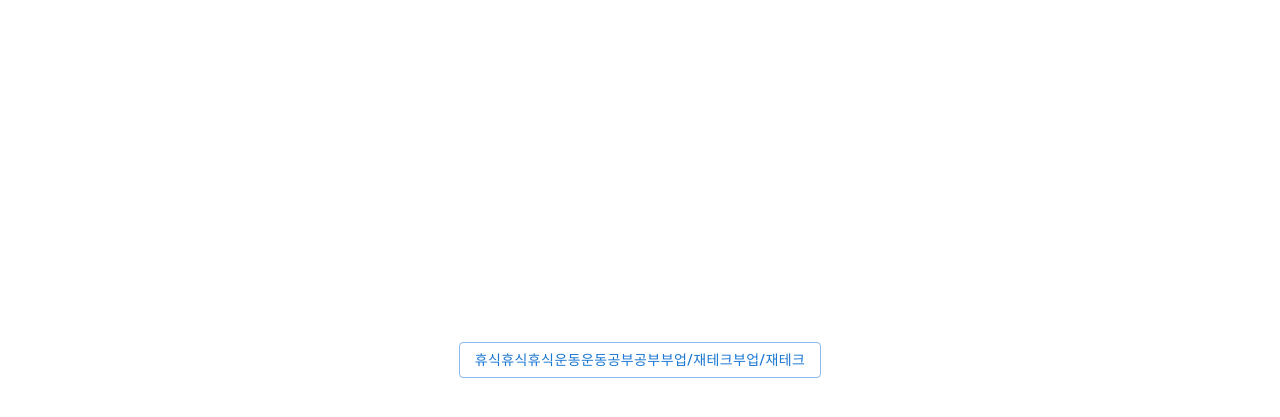
Repository: Tickley-Team/Tickley
Page: /todos/find
The author's editor kept a copy of each file at every save. The page is drawn from the files as they stood at one save, then again after the next save.
The browser window is 1280 px wide. The pictures show the whole page.
The project was rebuilt for these pictures with package versions that can differ from the ones it lists, and the page was loaded fresh each time. Also part of the build but not shown: vite.config.ts, src/pages/Home.tsx, src/pages/stores/spareTimeStore.ts, src/pages/SurveySpareTime/index.tsx, src/pages/Todos.tsx. Imported but missing from the stored project, and not drawn on this page: src/pages/OnBoarding.

Above is the page before, as saved 2024-12-08 00:20:01.

After the next save:
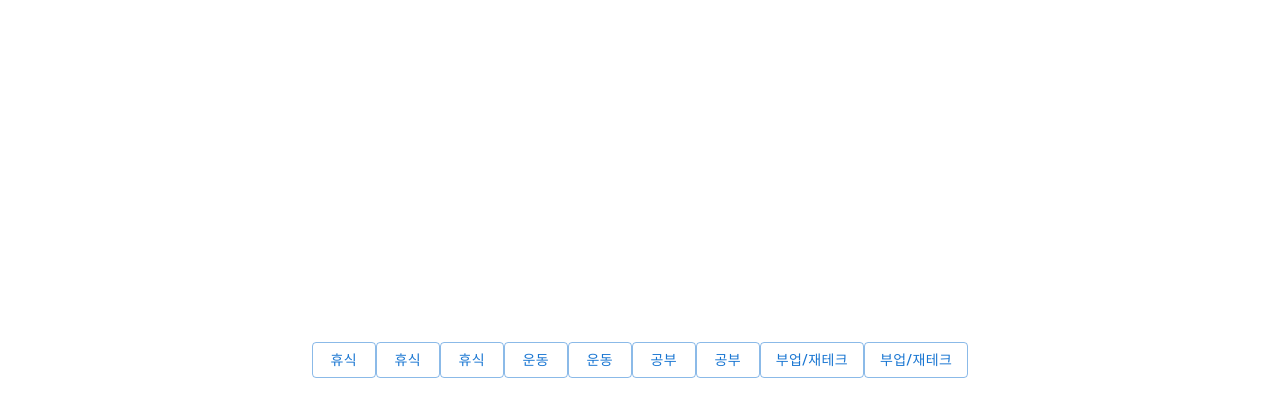
Saved 8 s later.
--- a/src/pages/TodosFind.tsx
+++ b/src/pages/TodosFind.tsx
@@ -4,7 +4,7 @@ import Button from '@mui/material/Button'
 
 const TodosFind = () => {
   const todosMockData = useLoaderData<RecommendTodo[]>()
-  const category = [todosMockData?.map((todo) => todo.categoryName)]
+  const category = todosMockData?.map((todo) => todo.categoryName)
   console.log('category', category)
   const handleClickCategory = () => {}
   return (
